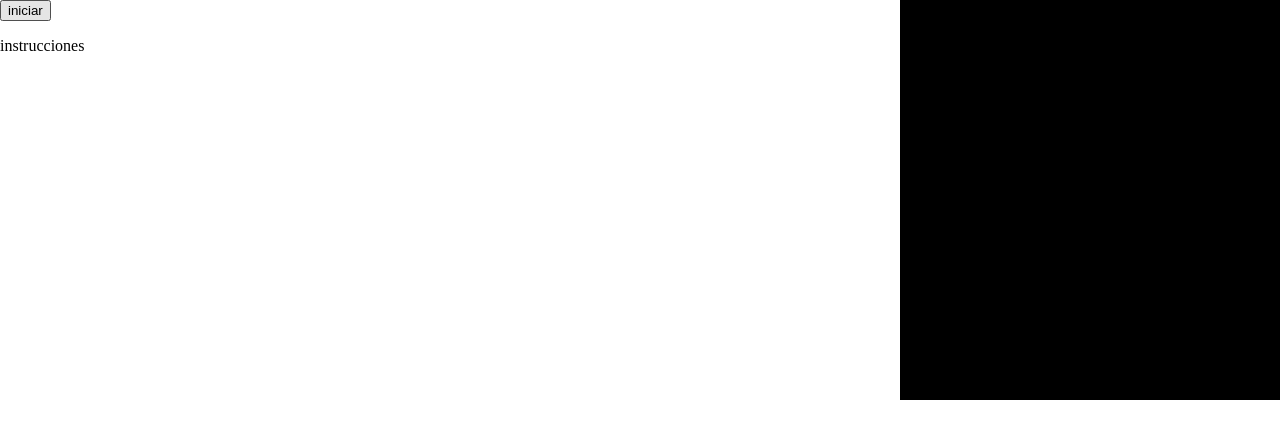
Repository: shiducai/trabajos-U.A.
Page: trabajo08/workspace/index.html
The author's editor kept a record of every edit. The page is drawn from the files as they stood at one moment, then again after the next edit.
The browser window is 1280 px wide. The pictures show the whole page.

Above is the page before.

### trabajo08/workspace/index.html
<html>
    <head>
        <script src="js/jquery-3.3.1.min.js"></script>

        <style >

           html, body{width:100%;height:100%;margin:0px;padding:0px;overflow:hidden;}

           #back{position:absolute;display: none}
           #teclas{position:absolute;display: none}
           #npc{position:absolute;display: none}
           #HUD{position:absolute;left: 900; background: black}


           #menuinstrucciones{display:none}
           #lose{display:none;position:absolute}
           #win{display:none;position:absolute}
           #marcador{position:absolute;left: 1000;color:white}


        </style>
    </head>
    <body>
        <div id="contenedor">
        <canvas id="back" width=800px height=1000px></canvas>
        <canvas id="teclas" width=800px height=1000px></canvas>
        <canvas id="npc" width=800px height=1000px></canvas>
        <canvas id="HUD" width=400px height=400px></canvas>
        </div>

        <div id="menuPrincipal">
            <button id ="iniciar">iniciar</button>
            <p id="instrucciones">instrucciones</p>
        </div>


        <div id= "win">

           <p class ="reiniciar">volver menu</p>
        </div>

        <div id= "lose">

           <p class ="reiniciar">volver menu</p>
        </div>

        <div id= "marcador"></div>


        <script src="js/condicionesIniciales.js"></script>
        <script src="js/controles.js"></script>
        <script src="js/bucle.js"></script>


    </body>
</html>

### trabajo08/workspace/js/condicionesIniciales.js
///////////////////mapa y canvas//////////////


var contextoBack = document.getElementById("back").getContext("2d")
var imgEscenario = new Image();imgEscenario.src="imagenes/fondo.png"

var contextoTeclas = document.getElementById("teclas").getContext("2d")
var contextoNotas = document.getElementById("npc").getContext("2d")
var contextoHUD = document.getElementById("HUD").getContext("2d")

///////////////////////////////////////////
//////////img teclas///////////////////////


var imgQc = new Image();imgQc.src="imagenes/qc.png"

var imgWc = new Image();imgWc.src="imagenes/wc.png"

var imgEc = new Image();imgEc.src="imagenes/ec.png"

var imgRc = new Image();imgRc.src="imagenes/rc.png"

////////////////// control de teclas///////////
var presTecla = "";
var accion = true;


////////////////////////////////////////////////
///////////////notas////////////////////////////

var numeroNotas = 1;

var posxNotas = [155,306,488,636]
var notas = new Array()
var posy = 30
//var posx = new Array();
var posyNotas = new Array();
var puntosNotas = new Array();
var posx = new Array();
var probNotas = 0;
var dale = false;
/*var npc = new Array();
function notas(){
    this.posy ;
    this.posx ;

    this.posyNotas ;
    this.puntosNotas;



}
*/


////////////////////////////////////////////////
//////////general///////////////////////////////

var puntos = 100;
var tempo;
var contadorTiempo = 0;
var tiempo;
var miaudio = new Audio("sonido/awaken.mp3");

/////////////menus///////////////

$("#iniciar").click(function(){
    $("#menuPrincipal").fadeOut("slow")
    $("#back").fadeIn("slow")

    $("#npc").fadeIn("slow")
    miaudio.play();
    temporizador();
	anadir()
	contextoBack.drawImage(imgEscenario,0,0);
    //bucleJuego();

})

$(".reiniciar").click(function(){
   location.reload();


})

### trabajo08/workspace/js/controles.js
     $(document).keydown(function (event) {


               if (event.key == "q") {
                  if(dale == false){


                   accion = true;
                   presTecla="q";
                   dale = true;
                }

               }

                if (event.key == "w") {
                   if(dale == false){


                   accion = true;
                   presTecla="w";
                   dale = true;
                }
                }

                if (event.key == "e") {
                    if(dale == false){


                   accion = true;
                   presTecla="e";
                   dale = true;
                }
                }

                if (event.key == "r") {
                    if(dale == false){


                   accion = true;
                   presTecla="r";
                   dale = true;
                }
                }


            });
             $(document).keyup(function (event) {

                if (event.key == "q") { accion = false;presTecla="";dale = false}
                if (event.key == "w") { accion = false;presTecla="";dale = false}
                if (event.key == "e") { accion = false;presTecla="";dale = false}
                if (event.key == "r") { accion = false;presTecla="";dale = false}
            });

### trabajo08/workspace/js/bucle.js
function temporizador(){
    contadorTiempo++;
    clearTimeout(tiempo)
    tiempo = setTimeout("temporizador()",1000)
}

async function anadir(){
    setTimeout("anadir()",3000)
	var tipo = Math.round(Math.random()*3)
	switch (tipo){
	case 0:
	bucleJuego(imgQc,155,0)
	break;
	case 1:
	bucleJuego(imgWc,306,0)
	break;
	case 2:
	bucleJuego(imgEc,488,0)
	break;
	case 3:
	bucleJuego(imgRc,636,0)
	break;
	}

}

async function bucleJuego(img,x,y){
    var muerto = false
    contextoNotas.clearRect(x,y-3,x+img.width,y)
	//contextoNotas.clearRect(0, 0, document.getElementById("npc").width,document.getElementById("npc").height);
	if(accion == true && presTecla == "q"){
                   if(x == 155 && y < 1000 && y>915){
                       /*puntos +=puntosNotas[i]
                       posx.splice(i,1)
                       posyNotas.splice(i,1)
                       puntosNotas.splice(i,1)
                       numeroNotas-=1*/
                       puntos+= Math.round(Math.random()*100)
                       muerto = true;
                   }
               }

               if(accion == true && presTecla == "w"){
                   if(x == 306 && y < 1000 && y>915){
                        /*puntos +=puntosNotas[i]
                        posx.splice(i,1)
                        posyNotas.splice(i,1)
                        puntosNotas.splice(i,1)
                        numeroNotas-=1*/
                        puntos+= Math.round(Math.random()*100)
                        muerto = true;

                   }
               }
               if(accion == true && presTecla == "e"){
                   if(x == 488 && y < 1000 &&y>915){
                       /*puntos +=puntosNotas[i]
                       posx.splice(i,1)
                       posyNotas.splice(i,1)
                       puntosNotas.splice(i,1)
                       numeroNotas-=1*/
                       puntos+= Math.round(Math.random()*100)
                       muerto = true;
                   }
               }
               if(accion == true && presTecla == "r"){
                   if(x == 636 && y < 1000 && y>915){
                       /*puntos +=puntosNotas[i]
                       posx.splice(i,1)
                       posyNotas.splice(i,1)
                       puntosNotas.splice(i,1)
                       numeroNotas-=1*/
                       puntos+= Math.round(Math.random()*100)
                       muerto = true;
                   }


               }
               if( y > 1100){
                   muerto = true
                   puntos -=25
               }




                if(puntos <= 0){

                    $("#lose").fadeIn("slow")
                }
                if(contadorTiempo >= 197){
                    $("#win").fadeIn("slow")
                }

                document.getElementById("marcador").innerHTML = "puntuacion: "+puntos
		//contextoNotas.drawImage(img,x,y);
	y+=1;
	//setTimeout(function() { bucleJuego(img, x, y) },10)
	 console.log(contadorTiempo)
	 if(muerto == false && contadorTiempo <= 197&& puntos>=0){
                   contextoNotas.drawImage(img,x,y);
                   setTimeout(function() { bucleJuego(img, x, y) },10)


	 }
}

Loaded but not shown: trabajo08/workspace/js/jquery-3.3.1.min.js (library)

After the next edit:
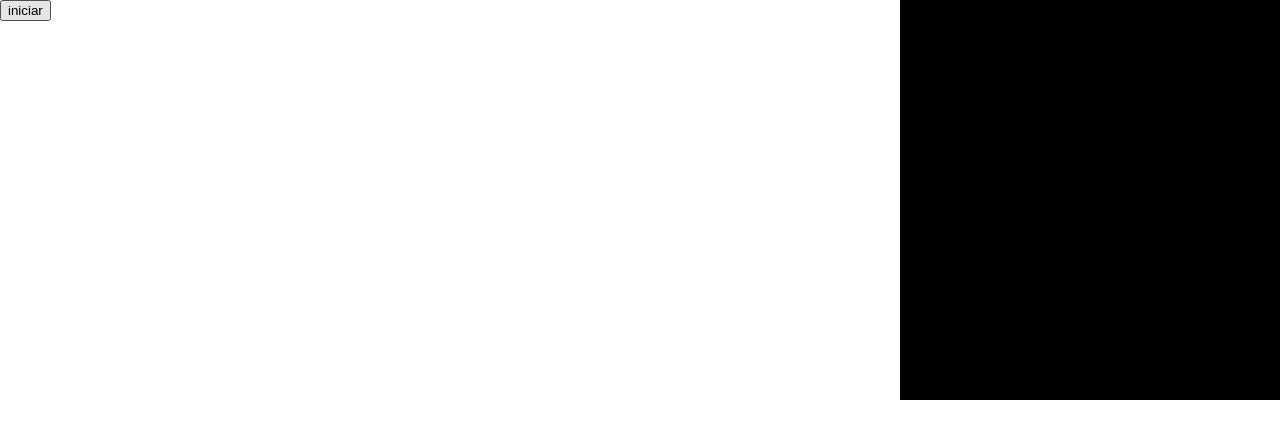
The edit:
--- a/trabajo08/workspace/index.html
+++ b/trabajo08/workspace/index.html
@@ -30,7 +30,7 @@
 
         <div id="menuPrincipal">
             <button id ="iniciar">iniciar</button>
-            <p id="instrucciones">instrucciones</p>
+
         </div>
 
 
